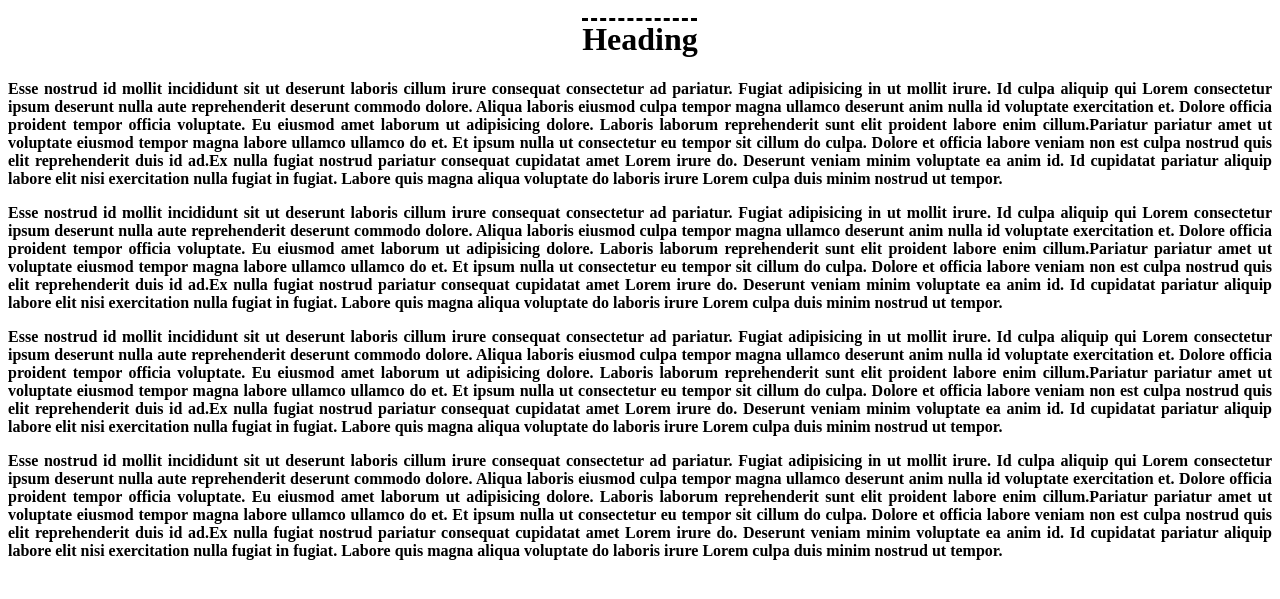
Repository: rakeshkolpepatil/CSS_Apana_College
Page: index.html
An editor plug-in stored every save of this project. The page is shown before and after the next save, followed by the edit.
The browser window is 1280 px wide. The pictures show the whole page.

Above is the page before, as saved 2023-06-22 09:43:38.

### index.html
<!DOCTYPE html>
<html lang="en">
<head>
  <meta charset="UTF-8">
  <meta name="viewport" content="width=device-width, initial-scale=1.0">
  <title>Document</title>
  <link rel="stylesheet" href="styleTwo.css">
</head>
<body>
  <h1> Heading </h1>
  <p id="pOne">Esse nostrud id mollit incididunt sit ut deserunt laboris cillum irure consequat consectetur ad pariatur. Fugiat adipisicing in ut mollit irure. Id culpa aliquip qui Lorem consectetur ipsum deserunt nulla aute reprehenderit deserunt commodo dolore. Aliqua laboris eiusmod culpa tempor magna ullamco deserunt anim nulla id voluptate exercitation et. Dolore officia proident tempor officia voluptate. Eu eiusmod amet laborum ut adipisicing dolore. Laboris laborum reprehenderit sunt elit proident labore enim cillum.Pariatur pariatur amet ut voluptate eiusmod tempor magna labore ullamco ullamco do et. Et ipsum nulla ut consectetur eu tempor sit cillum do culpa. Dolore et officia labore veniam non est culpa nostrud quis elit reprehenderit duis id ad.Ex nulla fugiat nostrud pariatur consequat cupidatat amet Lorem irure do. Deserunt veniam minim voluptate ea anim id. Id cupidatat pariatur aliquip labore elit nisi exercitation nulla fugiat in fugiat. Labore quis magna aliqua voluptate do laboris irure Lorem culpa duis minim nostrud ut tempor.
  </p>
  <p id="pTwo">Esse nostrud id mollit incididunt sit ut deserunt laboris cillum irure consequat consectetur ad pariatur. Fugiat adipisicing in ut mollit irure. Id culpa aliquip qui Lorem consectetur ipsum deserunt nulla aute reprehenderit deserunt commodo dolore. Aliqua laboris eiusmod culpa tempor magna ullamco deserunt anim nulla id voluptate exercitation et. Dolore officia proident tempor officia voluptate. Eu eiusmod amet laborum ut adipisicing dolore. Laboris laborum reprehenderit sunt elit proident labore enim cillum.Pariatur pariatur amet ut voluptate eiusmod tempor magna labore ullamco ullamco do et. Et ipsum nulla ut consectetur eu tempor sit cillum do culpa. Dolore et officia labore veniam non est culpa nostrud quis elit reprehenderit duis id ad.Ex nulla fugiat nostrud pariatur consequat cupidatat amet Lorem irure do. Deserunt veniam minim voluptate ea anim id. Id cupidatat pariatur aliquip labore elit nisi exercitation nulla fugiat in fugiat. Labore quis magna aliqua voluptate do laboris irure Lorem culpa duis minim nostrud ut tempor.
  </p>
  <p id="pThree">Esse nostrud id mollit incididunt sit ut deserunt laboris cillum irure consequat consectetur ad pariatur. Fugiat adipisicing in ut mollit irure. Id culpa aliquip qui Lorem consectetur ipsum deserunt nulla aute reprehenderit deserunt commodo dolore. Aliqua laboris eiusmod culpa tempor magna ullamco deserunt anim nulla id voluptate exercitation et. Dolore officia proident tempor officia voluptate. Eu eiusmod amet laborum ut adipisicing dolore. Laboris laborum reprehenderit sunt elit proident labore enim cillum.Pariatur pariatur amet ut voluptate eiusmod tempor magna labore ullamco ullamco do et. Et ipsum nulla ut consectetur eu tempor sit cillum do culpa. Dolore et officia labore veniam non est culpa nostrud quis elit reprehenderit duis id ad.Ex nulla fugiat nostrud pariatur consequat cupidatat amet Lorem irure do. Deserunt veniam minim voluptate ea anim id. Id cupidatat pariatur aliquip labore elit nisi exercitation nulla fugiat in fugiat. Labore quis magna aliqua voluptate do laboris irure Lorem culpa duis minim nostrud ut tempor.
  </p>
  <p id="pFour">Esse nostrud id mollit incididunt sit ut deserunt laboris cillum irure consequat consectetur ad pariatur. Fugiat adipisicing in ut mollit irure. Id culpa aliquip qui Lorem consectetur ipsum deserunt nulla aute reprehenderit deserunt commodo dolore. Aliqua laboris eiusmod culpa tempor magna ullamco deserunt anim nulla id voluptate exercitation et. Dolore officia proident tempor officia voluptate. Eu eiusmod amet laborum ut adipisicing dolore. Laboris laborum reprehenderit sunt elit proident labore enim cillum.Pariatur pariatur amet ut voluptate eiusmod tempor magna labore ullamco ullamco do et. Et ipsum nulla ut consectetur eu tempor sit cillum do culpa. Dolore et officia labore veniam non est culpa nostrud quis elit reprehenderit duis id ad.Ex nulla fugiat nostrud pariatur consequat cupidatat amet Lorem irure do. Deserunt veniam minim voluptate ea anim id. Id cupidatat pariatur aliquip labore elit nisi exercitation nulla fugiat in fugiat. Labore quis magna aliqua voluptate do laboris irure Lorem culpa duis minim nostrud ut tempor.
  </p>
</body>
</html>

### styleTwo.css
h1{
  text-align: center;
  text-decoration:  dotted underline  ;
  text-decoration:  dashed overline  ;
}
#pOne{
  text-align: justify;
  font-weight: 700;
}
#pTwo{
  text-align: justify;
  font-weight: 700;
}
#pThree{
  text-align: justify;
  font-weight: 600;
}
#pFour{
  text-align: justify;
  font-weight: 900;
}

After the next save:
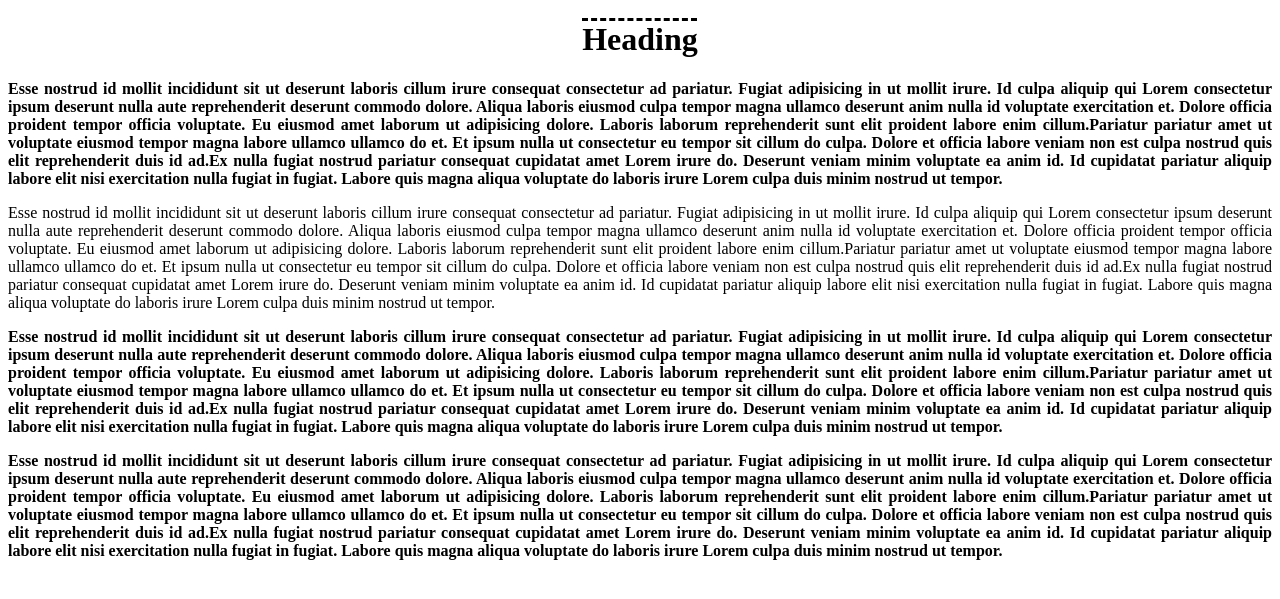
Saved 5 s later.
--- a/styleTwo.css
+++ b/styleTwo.css
@@ -9,7 +9,7 @@ h1{
 }
 #pTwo{
   text-align: justify;
-  font-weight: 700;
+  font-weight: 300;
 }
 #pThree{
   text-align: justify;
